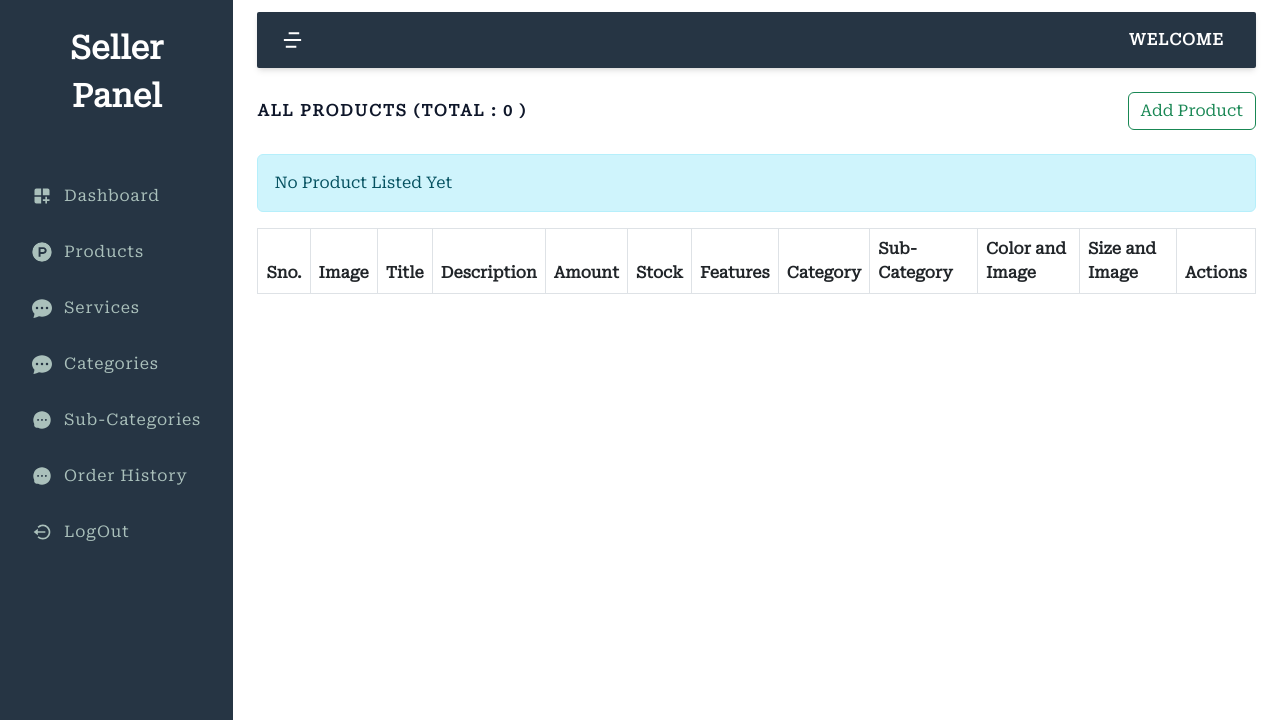
Repository: FlyweisReact/Arun-Chauhan
Page: /vendor/products
An editor plug-in stored every save of this project. The page is shown before and after a run of saves, followed by the edit.
The browser window is 1280 px wide. The pictures show the whole page.
The page's requests for data from a server got no answer. Some web libraries are served in a nearby version. The project was rebuilt for these pictures with package versions that can differ from the ones it lists, and the page was loaded fresh each time. No one was signed in, and anything a server would have sent is missing. Also part of the build but not shown: src/AdminPanel/layout/Navbar.jsx, src/AdminPanel/layout/Sidebar.jsx, src/AdminPanel/layout/HOC.jsx, src/AdminPanel/pages/Privacy.js, src/AdminPanel/pages/Category.js, src/AdminPanel/pages/FeedBack.js, src/AdminPanel/pages/TermsCon.js, src/AdminPanel/pages/HelpSupport.js and 24 more.

Above is the page before, as saved 2023-04-14 17:51:42.

### public/index.html
<!-- @format -->

<!DOCTYPE html>
<html lang="en">
  <head>
    <meta charset="utf-8" />
    <!-- <link rel="icon" href="%PUBLIC_URL%/favicon.png" /> -->
    <meta name="viewport" content="width=device-width, initial-scale=1" />
    <meta name="theme-color" content="#000000" />
    <meta
      name="description"
      content="Web site created using create-react-app"
    />
    <link rel="apple-touch-icon" href="%PUBLIC_URL%/favicon.ico?v=2" />



    <link rel="manifest" href="%PUBLIC_URL%/manifest.json" />
    <link rel="preconnect" href="https://fonts.googleapis.com">
    <link rel="preconnect" href="https://fonts.gstatic.com" crossorigin>
    <link href="https://fonts.googleapis.com/css2?family=Roboto+Serif&display=swap" rel="stylesheet">
    <title>Arun   Panel</title>
  </head>
  <body>
    <noscript>You need to enable JavaScript to run this app.</noscript>
    <div id="root"></div>
    <script src="https://code.jquery.com/jquery-3.6.0.min.js"></script>
    <script src="https://kit.fontawesome.com/b533b351e4.js" crossorigin="anonymous"></script>
  </body>
</html>

### src/VendorPanel/pages/VendorProducts.js
/** @format */

import React, { useCallback, useEffect, useState } from "react";
import HOC from "../layout/HOC";
import { Alert, Form, Table } from "react-bootstrap";
import Button from "react-bootstrap/Button";
import Modal from "react-bootstrap/Modal";

import { Carousel } from "react-responsive-carousel";
import "react-responsive-carousel/lib/styles/carousel.min.css";
import axios from "axios";
import { toast } from "react-toastify";

const VendorProducts = () => {
  const [modalShow, setModalShow] = React.useState(false);
  const [data, setData] = useState([]);
  const [categoryData, setCatedogryData] = useState([]);
  const [subCategoryData, setSubCategoryData] = useState([]);
  const sellorId = localStorage.getItem("vendorId");

  const fetchData = useCallback(async () => {
    try {
      const { data } = await axios.get(
        `http://ec2-15-206-210-177.ap-south-1.compute.amazonaws.com:1112/api/product/seller/${sellorId}`
      );
      setData(data.data);
    } catch (e) {
      console.log(e);
    }
  }, [sellorId]);

  const fetchCategory = async () => {
    try {
      const { data } = await axios.get(
        "http://ec2-15-206-210-177.ap-south-1.compute.amazonaws.com:1112/api/category"
      );
      setCatedogryData(data.data);
    } catch (e) {
      console.log(e);
    }
  };

  const fetchSubCategory = async () => {
    try {
      const { data } = await axios.get(
        "http://ec2-15-206-210-177.ap-south-1.compute.amazonaws.com:1112/api/subcategory/"
      );
      setSubCategoryData(data.result);
    } catch (e) {
      console.log(e);
    }
  };

  useEffect(() => {
    fetchData();
    if (modalShow === true) {
      fetchCategory();
      fetchSubCategory();
    }
  }, [fetchData, modalShow]);

  function MyVerticallyCenteredModal(props) {
    const [Image, setImage] = useState("");
    const [title, setTitle] = useState("");
    const [desc, setDesc] = useState("");
    const [features, setFeatures] = useState("");
    const [amount, setAmoutn] = useState("");
    const [category, setCategory] = useState("");
    const [subCat, setSubCat] = useState("");
    const [stock, setStock] = useState("");

    const [color, setColor] = useState("");
    const [size, setSize] = useState("");
    const [sizeImage, setSizeImage] = useState("");
    const [colorImage, setColorImage] = useState("");

    const uploadColorImage = (e) => {
      const data = new FormData();
      data.append("file", e.target.files[0]);
      data.append("upload_preset", "ml_default");
      data.append("cloud_name", "dbcnha741");
      fetch("https://api.cloudinary.com/v1_1/dbcnha741/image/upload", {
        method: "post",
        body: data,
      })
        .then((res) => res.json())
        .then((data) => {
          setColorImage(data.url);
          console.log(data.url);
        })
        .catch((err) => {
          console.log(err);
        });
    };

    const uploadSizeImage = (e) => {
      const data = new FormData();
      data.append("file", e.target.files[0]);
      data.append("upload_preset", "ml_default");
      data.append("cloud_name", "dbcnha741");
      fetch("https://api.cloudinary.com/v1_1/dbcnha741/image/upload", {
        method: "post",
        body: data,
      })
        .then((res) => res.json())
        .then((data) => {
          setSizeImage(data.url);
          console.log(data.url);
        })
        .catch((err) => {
          console.log(err);
        });
    };

    const postHandler = async (e) => {
      e.preventDefault();
      let fd = new FormData();
      Array.from(Image).forEach((img) => {
        fd.append("myField", img);
      });
      fd.append("productName", title);
      fd.append("descrption", desc);
      fd.append("features", features);
      fd.append("price", amount);
      fd.append("category_id", category);
      fd.append("subCategory", subCat);
      fd.append("sellerId", sellorId);
      fd.append("stock", stock);

      fd.append("color", color);
      fd.append("size", size);
      fd.append("sizeImage", sizeImage);
      fd.append("colorImage", colorImage);

      try {
        const { data } = await axios.post(
          "http://ec2-15-206-210-177.ap-south-1.compute.amazonaws.com:1112/api/product",
          fd
        );
        console.log(data);
        toast.success("Product Added");
        fetchData();
        props.onHide();
      } catch (e) {
        console.log(e);
      }
    };

    return (
      <Modal
        {...props}
        size="lg"
        aria-labelledby="contained-modal-title-vcenter"
        centered
      >
        <Modal.Header closeButton>
          <Modal.Title id="contained-modal-title-vcenter">
            Add Product
          </Modal.Title>
        </Modal.Header>
        <Modal.Body>
          <Form onSubmit={postHandler}>
            <Form.Group className="mb-3">
              <Form.Label>Image</Form.Label>
              <Form.Control
                type="file"
                onChange={(e) => setImage(e.target.files)}
                multiple
              />
            </Form.Group>
            <Form.Group className="mb-3">
              <Form.Label>Title</Form.Label>
              <Form.Control
                type="text"
                onChange={(e) => setTitle(e.target.value)}
              />
            </Form.Group>
            <Form.Group className="mb-3">
              <Form.Label>Description</Form.Label>
              <Form.Control
                type="text"
                onChange={(e) => setDesc(e.target.value)}
              />
            </Form.Group>
            <Form.Group className="mb-3">
              <Form.Label>Features</Form.Label>
              <Form.Control
                type="text"
                onChange={(e) => setFeatures(e.target.value)}
              />
            </Form.Group>
            <Form.Group className="mb-3">
              <Form.Label>Amount</Form.Label>
              <Form.Control
                type="number"
                min={0}
                onChange={(e) => setAmoutn(e.target.value)}
              />
            </Form.Group>
            <Form.Group className="mb-3">
              <Form.Label>Stock</Form.Label>
              <Form.Control
                type="number"
                min={0}
                onChange={(e) => setStock(e.target.value)}
              />
            </Form.Group>
            <div className="d-flex mb-3 gap-2">
              <Form.Group>
                <Form.Label>Color</Form.Label>
                <Form.Control
                  type="text"
                  onChange={(e) => setColor(e.target.value)}
                />
              </Form.Group>
              <Form.Group>
                <Form.Label>Image</Form.Label>
                <Form.Control
                  type="file"
                  onChange={(e) => uploadColorImage(e)}
                />
              </Form.Group>
            </div>
            <div className="d-flex mb-3 gap-2">
              <Form.Group>
                <Form.Label>Size</Form.Label>
                <Form.Control
                  type="text"
                  onChange={(e) => setSize(e.target.value)}
                />
              </Form.Group>
              <Form.Group>
                <Form.Label>Image</Form.Label>
                <Form.Control
                  type="file"
                  onChange={(e) => uploadSizeImage(e)}
                />
              </Form.Group>
            </div>
            <Form.Group className="mb-3">
              <Form.Select
                aria-label="Default select example"
                onChange={(e) => setCategory(e.target.value)}
              >
                <option>Select Category</option>
                {categoryData?.map((i, index) => (
                  <option value={i._id} key={index}>
                    {i.category}
                  </option>
                ))}
              </Form.Select>
            </Form.Group>
            <Form.Group className="mb-3">
              <Form.Select
                aria-label="Default select example"
                onChange={(e) => setSubCat(e.target.value)}
              >
                <option>Select Sub-Category</option>
                {subCategoryData?.map((i, index) => (
                  <option value={i._id} key={index}>
                    {i.title}
                  </option>
                ))}
              </Form.Select>
            </Form.Group>
            <Button type="submit">Submit</Button>
          </Form>
        </Modal.Body>
      </Modal>
    );
  }

  const deleteHandler = async (id) => {
    try {
      const { data } = await axios.delete(
        `http://ec2-15-206-210-177.ap-south-1.compute.amazonaws.com:1112/api/product/${id}`
      );
      console.log(data);
      toast.success("Product Deleted");
      fetchData();
    } catch (e) {
      console.log(e);
    }
  };

  return (
    <>
      <MyVerticallyCenteredModal
        show={modalShow}
        onHide={() => setModalShow(false)}
      />

      <section>
        <div className="pb-4 sticky top-0  w-full flex justify-between items-center bg-white">
          <span className="tracking-widest text-slate-900 font-semibold uppercase ">
            All Products (Total : {data?.length} )
          </span>
          <Button onClick={() => setModalShow(true)} variant="outline-success">
            Add Product
          </Button>
        </div>
        {data === null ? (
          <Alert variant="info">No Product Listed Yet</Alert>
        ) : (
          <Alert variant="info">No Product Listed Yet</Alert>
        )}

        <div style={{ maxWidth: "100%", overflow: "auto" }}>
          <Table striped bordered hover>
            <thead>
              <tr>
                <th> Sno. </th>
                <th> Image </th>
                <th> Title</th>
                <th>Description</th>
                <th>Amount</th>
                <th>Stock</th>
                <th>Features</th>
                <th>Category</th>
                <th>Sub-Category</th>
                <th>Color and Image</th>
                <th>Size and Image</th>
                <th>Actions</th>
              </tr>
            </thead>
            <tbody>
              {data?.map((i, index) => (
                <tr key={index}>
                  <td> {index + 1} </td>
                  <td>
                    <Carousel
                      showStatus={false}
                      showThumbs={false}
                      showIndicators={false}
                      dynamicHeight={false}
                      stopOnHover={true}
                      swipeable={true}
                      emulateTouch={true}
                      interval={1000}
                      infiniteLoop={true}
                      autoPlay={true}
                      className="Car"
                    >
                      {i.productImg?.map((img, index) => (
                        <img
                          src={img.url}
                          alt=""
                          key={index}
                          className="carouselImages"
                        />
                      ))}
                    </Carousel>
                  </td>

                  <td> {i.productName} </td>
                  <td> {i.descrption} </td>
                  <td>₹{i.price} </td>
                  <td> {i.stock} </td>
                  <td>
                    {i.features?.map((item, index) => (
                      <span key={index}> {item}, </span>
                    ))}
                  </td>
                  <td>{i.category_id?.category}</td>
                  <td> {i.subCategory?.title} </td>
                  <td>
                    <Carousel
                      showStatus={false}
                      showThumbs={false}
                      showIndicators={false}
                      dynamicHeight={false}
                      stopOnHover={true}
                      swipeable={true}
                      emulateTouch={true}
                      interval={1000}
                      infiniteLoop={true}
                      autoPlay={true}
                      className="Car"
                    >
                      {i.colors?.map((img, index) => (
                        <div key={index}>
                          <img
                            src={img.colorImage}
                            alt="img"
                            className="ColorImage"
                          />
                          <p> {img.color} </p>
                        </div>
                      ))}
                    </Carousel>
                  </td>
                  <td>
                    <Carousel
                      showStatus={false}
                      showThumbs={false}
                      showIndicators={false}
                      dynamicHeight={false}
                      stopOnHover={true}
                      swipeable={true}
                      emulateTouch={true}
                      interval={2000}
                      infiniteLoop={true}
                      autoPlay={true}
                      className="Car"
                    >
                      {i.size_of_product?.map((img, index) => (
                        <div key={index}>
                          <img
                            src={img.sizeImage}
                            alt="img"
                            className="ColorImage"
                          />
                          <p> {img.size} </p>
                        </div>
                      ))}
                    </Carousel>
                  </td>

                  <td>
                    <div className="d-flex gap-2">
                      <i
                        className="fa-solid fa-trash"
                        style={{ color: "red", cursor: "pointer" }}
                        onClick={() => deleteHandler(i._id)}
                      ></i>
                    </div>
                  </td>
                </tr>
              ))}
            </tbody>
          </Table>
        </div>
      </section>
    </>
  );
};

export default HOC(VendorProducts);

### src/VendorPanel/layout/HOC.jsx
import React, { useState } from "react";
import Navbar from "./Navbar";
import Sidebar from "./Sidebar";

const HOC = (Wcomponenet) => {
  return function Component() {
    const [hamb, setHamb] = useState(false);
    return (
      <>
        <section className="flex overflow-x-hidden relative">
          {/* Sidebar */}
          <div
            className={
              hamb
                ? " absolute top-0 z-30 md:w-auto shadow-md bg-slate-200  w-60 transition-all md:-left-full left duration-150  h-auto overflow-y-auto  left-0 "
                : " md:w-72 z-30 bg-slate-200  shadow-md  md:static absolute top-0 -left-full   transition-all duration-150  overflow-y-auto h-auto"
            }
          >
            <Sidebar hamb={hamb} setHamb={setHamb} />
          </div>
          {/* Components & Navbar */}
          <div
            className={
              hamb
                ? " transition-all px-4 py-2  bg-white duration-150 w-full h-screen"
                : " w-full h-screen  px-4 py-2  bg-white z-50 transition-all duration-150 "
            }
          >
            <Navbar hamb={hamb} setHamb={setHamb} />
            <div className="my-6 text-white h-[87%] wcomp overflow-y-auto">
              <Wcomponenet />
            </div>
          </div>
        </section>
      </>
    );
  };
};

export default HOC;

### src/VendorPanel/layout/Navbar.jsx
/** @format */

import { RiMenu4Line } from "react-icons/ri";

const Navbar = ({ hamb, setHamb }) => {

  return (
    <>

      <div
        className={
          hamb
            ? "flex  w-full justify-between  my-1 rounded-sm  p-4 py-3 shadow-md items-center  bg-slate-200 space-x-4"
            : "flex  w-full justify-between my-1 rounded-sm  p-4 py-3 shadow-md items-center  bg-slate-200 space-x-4"
        }
        style={{   backgroundColor: "#263544", color : "#fff"}}
      >
        <RiMenu4Line
          onClick={() => setHamb(!hamb)}
          className="text-2xl font-bold text-#fff-900 hover:scale-90 cursor-pointer"
        />

        <section className="flex sm:ml-auto justify-end sm:w-full items-center space-x-2  pr-2">
          <figcaption className="tracking-wider pl-1 font-semibold">
            <div className="lg:text-base text-sm text-#fff-900  uppercase" >
              Welcome
            </div>
          </figcaption>
        </section>


      </div>
    </>
  );
};

export default Navbar;

### src/VendorPanel/layout/Sidebar.jsx
/** @format */

import React from "react";
import { RiCloseLine } from "react-icons/ri";
import { Link, useNavigate } from "react-router-dom";
import { BiLogOutCircle  } from "react-icons/bi";
import { MdDashboardCustomize } from "react-icons/md";
import { BsFillChatDotsFill } from "react-icons/bs";
import { AiFillMessage } from "react-icons/ai";
import {FaProductHunt } from 'react-icons/fa'


const Sidebar = ({ hamb, setHamb }) => {
  const navigate = useNavigate();

  const nav = [
    {
      icon: <MdDashboardCustomize className="text-xl mr-3 rounded-full " />,
      link: "/vendor/dashboard",
      name: "Dashboard",
    },
    {
      icon: <FaProductHunt className="text-xl mr-3 rounded-full " />,
      link: "/vendor/products",
      name: "Products",
    },
    {
      icon: <BsFillChatDotsFill className="text-xl mr-3" />,
      link: "/vendor/service",
      name: "Services",
    },
    {
      icon: <BsFillChatDotsFill className="text-xl mr-3" />,
      link: "/vendor/category",
      name: "Categories",
    },

    {
      icon: <AiFillMessage className="text-xl mr-3 rounded-full " />,
      link: "/vendor/sub-category",
      name: "Sub-Categories",
    },
    {
      icon: <AiFillMessage className="text-xl mr-3 rounded-full " />,
      link: "/vendor/order-history",
      name: "Order History",
    },
  ];

  const logOut = () => {
 localStorage.clear()
  navigate("/vendor/login");
  };

  return (
    <>
      <div className="p-4 h-auto"   style={{
          backgroundColor: "#263544",
          minHeight : '100vh'
        }}>
        {/* Top */}
        <div className="w-full md:hidden relative  p-2 mb-4">
          <RiCloseLine
            onClick={() => setHamb(!hamb)}
            className="text-3xl  absolute top-2 sm:hover:rotate-[228deg] transition-transform font-bold right-2 sm:hover:text-[22px] text-[rgb(241,146,46)] cursor-pointer"
          />
        </div>
        {/* Logo */}
        <figure className="flex  flex-col items-center">
        <span
            className="font-bold text-[rgb(241,146,46)]"
            style={{ fontSize: "2rem", textAlign: "center", color: "#fff" }}
          >
            Seller Panel
          </span>
        </figure>
        {/* Nav-menu */}
        <nav className="py-6">
          {nav.map((nav) => {
            return (
              <Link to={nav.link} key={nav.name} className="" style={{textDecoration : 'none'}}>
                <span className="flex my-3 items-center cursor-pointer    tracking-wider p-2 rounded-sm"  style={{ color: "#aac0bb"  , textDecoration : 'none'}}>
                  {nav.icon} {nav.name}
                </span>
              </Link>
            );
          })}
          <span
            className="flex my-3 items-center cursor-pointer   tracking-wider p-2 rounded-sm"
            onClick={() => logOut()}
            style={{ color: "#aac0bb" }}
          >
            <BiLogOutCircle className="text-xl mr-3 rounded-full " /> LogOut
          </span>
        </nav>
      </div>
    </>
  );
};

export default Sidebar;

Loaded but not shown: tailwind.config.js (common file); src/App.js (81 lines, source omitted); src/index.js (15 lines, source omitted); src/index.css (231 lines, source omitted)

After the next 4 saves:
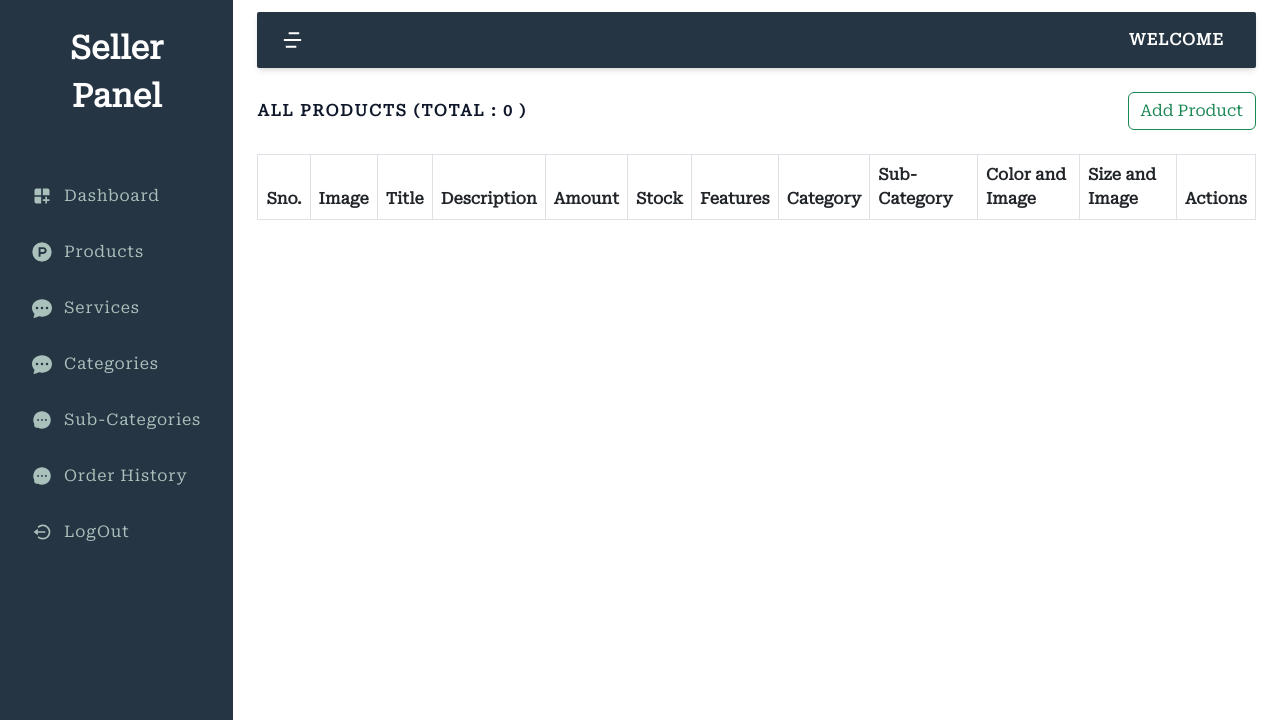
The 4 saves are shown as one change because 2 did not build or start and some came seconds apart.
The last was saved 66 s later.
--- a/src/VendorPanel/pages/VendorProducts.js
+++ b/src/VendorPanel/pages/VendorProducts.js
@@ -302,8 +302,6 @@ const VendorProducts = () => {
         {data === null ? (
           <Alert variant="info">No Product Listed Yet</Alert>
         ) : (
-          <Alert variant="info">No Product Listed Yet</Alert>
-        )}
 
         <div style={{ maxWidth: "100%", overflow: "auto" }}>
           <Table striped bordered hover>
@@ -430,6 +428,8 @@ const VendorProducts = () => {
             </tbody>
           </Table>
         </div>
+        )}
+
       </section>
     </>
   );
